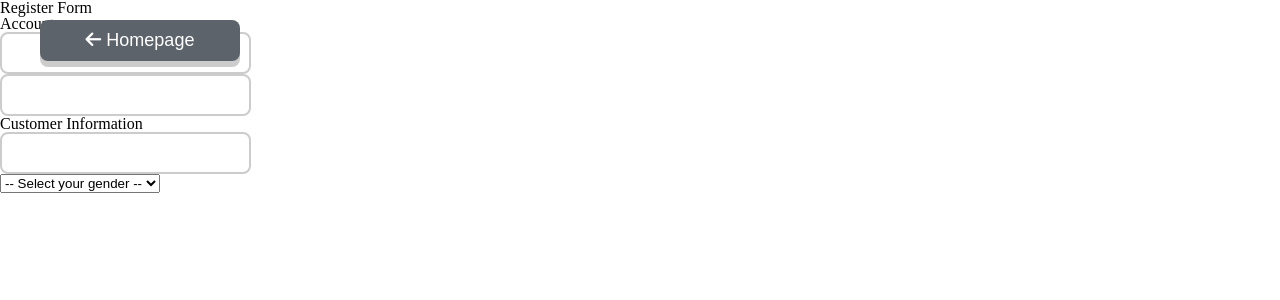
Repository: Trung0810/btl_cnpm_fe
Page: /
The author's editor kept a copy of each file at every save. The page is drawn from the files as they stood at one save, then again after the next save.
The browser window is 1280 px wide. The pictures show the whole page.
The project was rebuilt for these pictures with package versions that can differ from the ones it lists, and the page was loaded fresh each time. Also part of the build but not shown: src/components/header/header.css, src/components/header/Header.js, src/components/footer/Footer.css, src/components/footer/Footer.js, src/components/shoes_list/ShoesCard.css, src/components/shoes_list/ShoesCard.js, src/components/shoes_list/ShoesList.css, src/components/shoes_list/ShoesList.js and 17 more.

Above is the page before, as saved 2026-03-31 13:24:23.

After the next save:
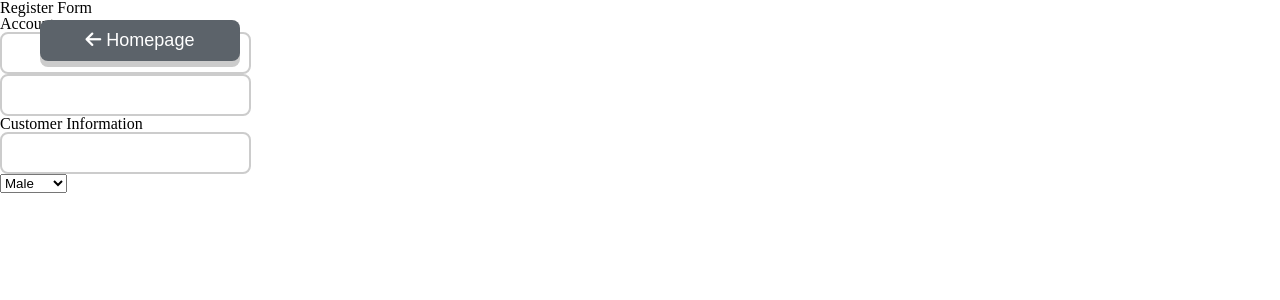
Saved 25 s later.
--- a/src/components/register_form/RegisterForm.js
+++ b/src/components/register_form/RegisterForm.js
@@ -24,7 +24,6 @@ const RegisterForm = () => {
         <div className="register-form-wrapper">
           <label htmlFor="gender"></label>
           <select name="gender" id="gender">
-            <option value="">-- Select your gender --</option>
             <option value="Male">Male</option>
             <option value="Female">Female</option>
             <option value="Other">Other</option>
